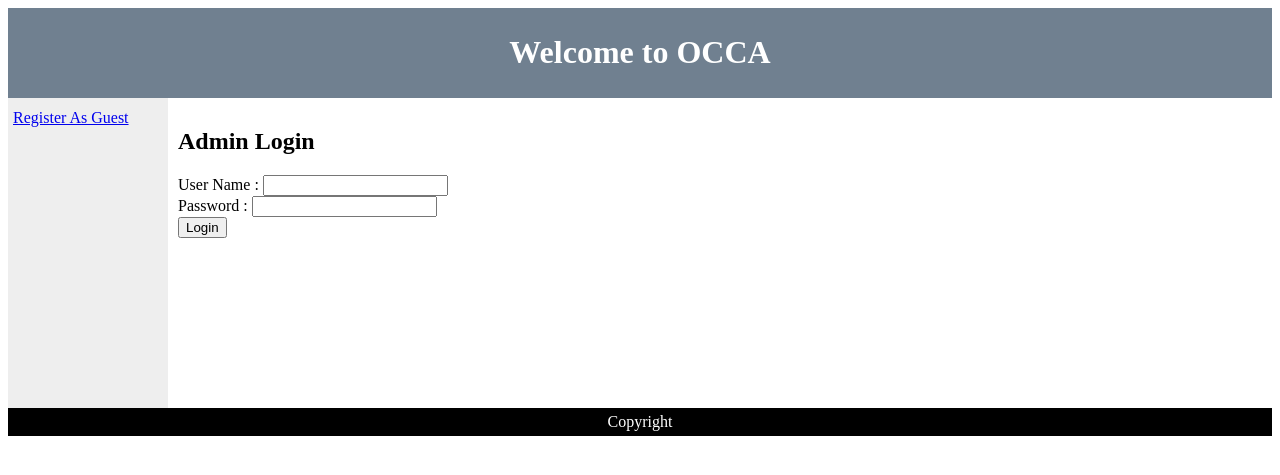
Repository: dreamxia329/TechExercise4830
Page: T3-0325-xia/T3-webProject-Xia/WebContent/login.html
These files come from the project's save history. The page is drawn as it stood at one moment and after the next save; the edit follows.
The browser window is 1280 px wide. The pictures show the whole page.

Above is the page before, as saved 2022-03-31 16:24:13.

### T3-0325-xia/T3-webProject-Xia/WebContent/login.html
<html>
<head>
<style>
header {
	background-color: #708090;
	color: white;
	text-align: center;
	padding: 5px;
}

nav {
	line-height: 30px;
	background-color: #eeeeee;
	height: 300px;
	width: 150px;
	float: left;
	padding: 5px;
}

section {
	width: 350px;
	float: left;
	padding: 10px;
}

footer {
	background-color: black;
	color: white;
	clear: both;
	text-align: center;
	padding: 5px;
}
</style>
</head>

<body>
	<header>
		<h1>Welcome to OCCA</h1>
	</header>

	<nav>
		<a href="/T3-webProject-Xia/register.html">Register As Guest</a> <br>
	</nav>

	<section>
		<h1>Admin Login</h1>

		<form action="UserLoginServlet" method="POST">
			User Name : <input type="text" name="userName"> <br />
			Password  : <input type="password" name="password"> <br />
			<input type="submit" value="Login" />
		</form>

	</section>

	<footer> Copyright </footer>
</body>
</html>

After the next save:
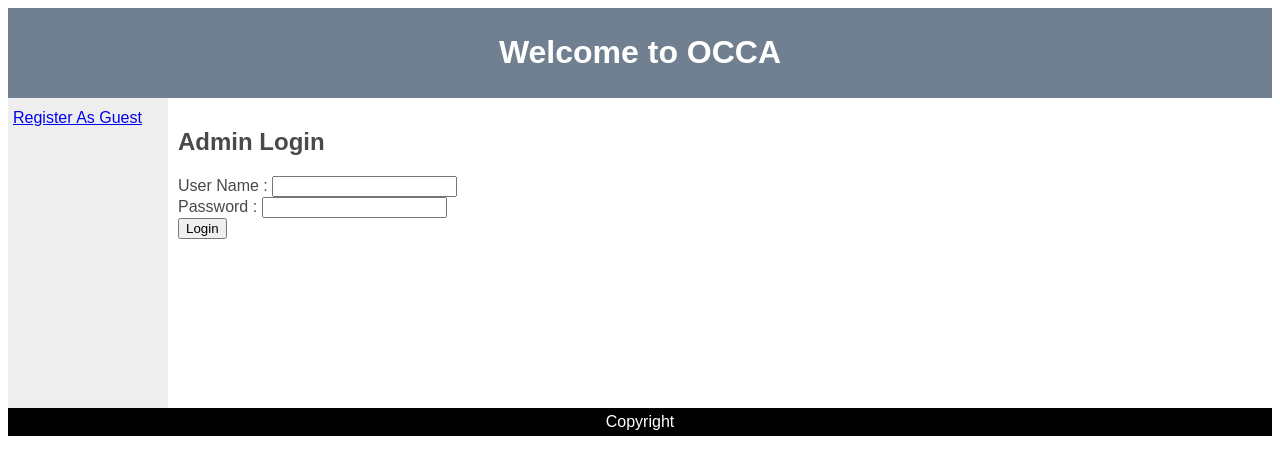
Not found: T3-0325-xia/T3-webProject-Xia/WebContent/Users/dreamxia/CSCI4830/TechExerciseWorkspace4830/T3-0325-xia/T3-webProject-Xia
Saved 8 min 10 s later.
--- a/T3-0325-xia/T3-webProject-Xia/WebContent/login.html
+++ b/T3-0325-xia/T3-webProject-Xia/WebContent/login.html
@@ -1,6 +1,14 @@
 <html>
 <head>
 <style>
+
+body {
+  font-family: 'Poppins', sans-serif;
+
+  color: #48494a;
+  background-image: url(/Users/dreamxia/CSCI4830/TechExerciseWorkspace4830/T3-0325-xia/T3-webProject-Xia/WebContent/images/body-bg.jpg);
+}
+
 header {
 	background-color: #708090;
 	color: white;

After the 5 saves that followed:
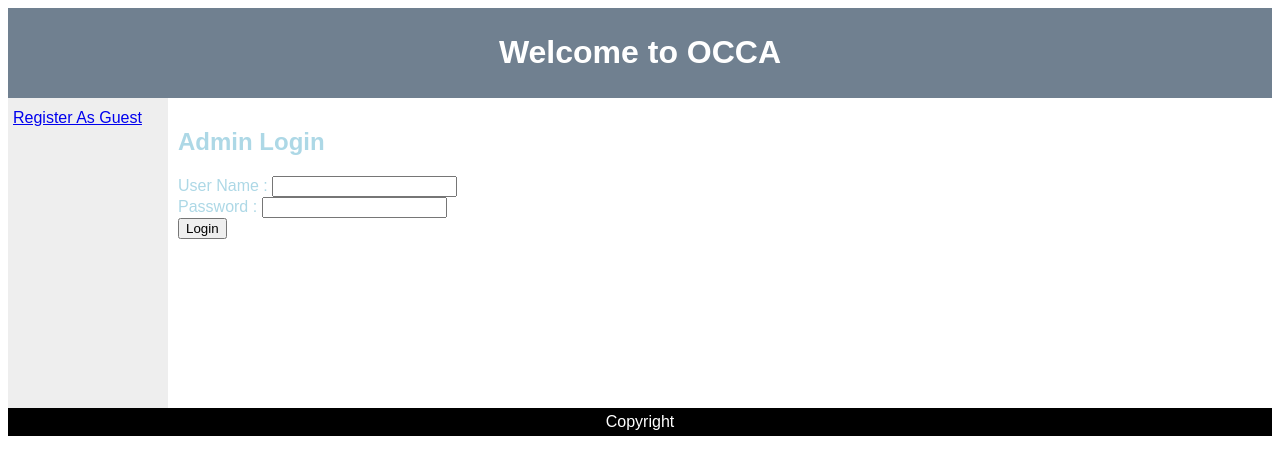
The 5 saves are shown as one change because 4 left the picture as it was.
The last was saved 8 min 19 s later.
--- a/T3-0325-xia/T3-webProject-Xia/WebContent/login.html
+++ b/T3-0325-xia/T3-webProject-Xia/WebContent/login.html
@@ -4,9 +4,7 @@
 
 body {
   font-family: 'Poppins', sans-serif;
-
-  color: #48494a;
-  background-image: url(/Users/dreamxia/CSCI4830/TechExerciseWorkspace4830/T3-0325-xia/T3-webProject-Xia/WebContent/images/body-bg.jpg);
+  color: lightblue;
 }
 
 header {
